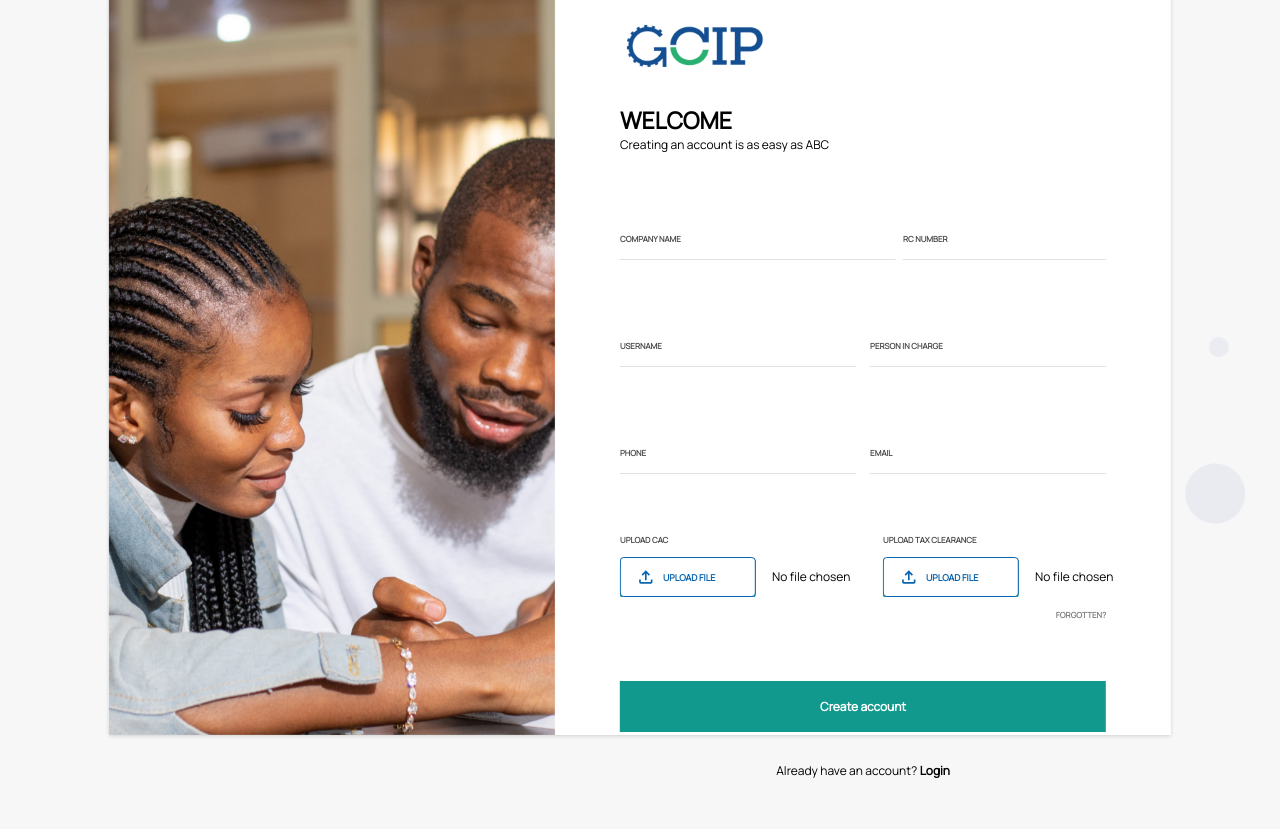
Repository: mualiyu/GCIP-Applicant-Portal
Page: /signup
The author's editor kept a copy of each file at every save. The page is drawn from the files as they stood at one save, then again after the next save.
The browser window is 1280 px wide. The pictures show the whole page.
The project was rebuilt for these pictures with package versions that can differ from the ones it lists, and the page was loaded fresh each time. Also part of the build but not shown: vite.config.ts, src/pages/styles/login.css, src/components/Common.tsx, src/components/styles/input.css, src/components/Input.tsx, src/components/styles/button.css, src/assets/Colors/Colors.ts, src/components/Button.tsx and 83 more.

Above is the page before, as saved 2024-03-13 05:40:13.

After the next save:
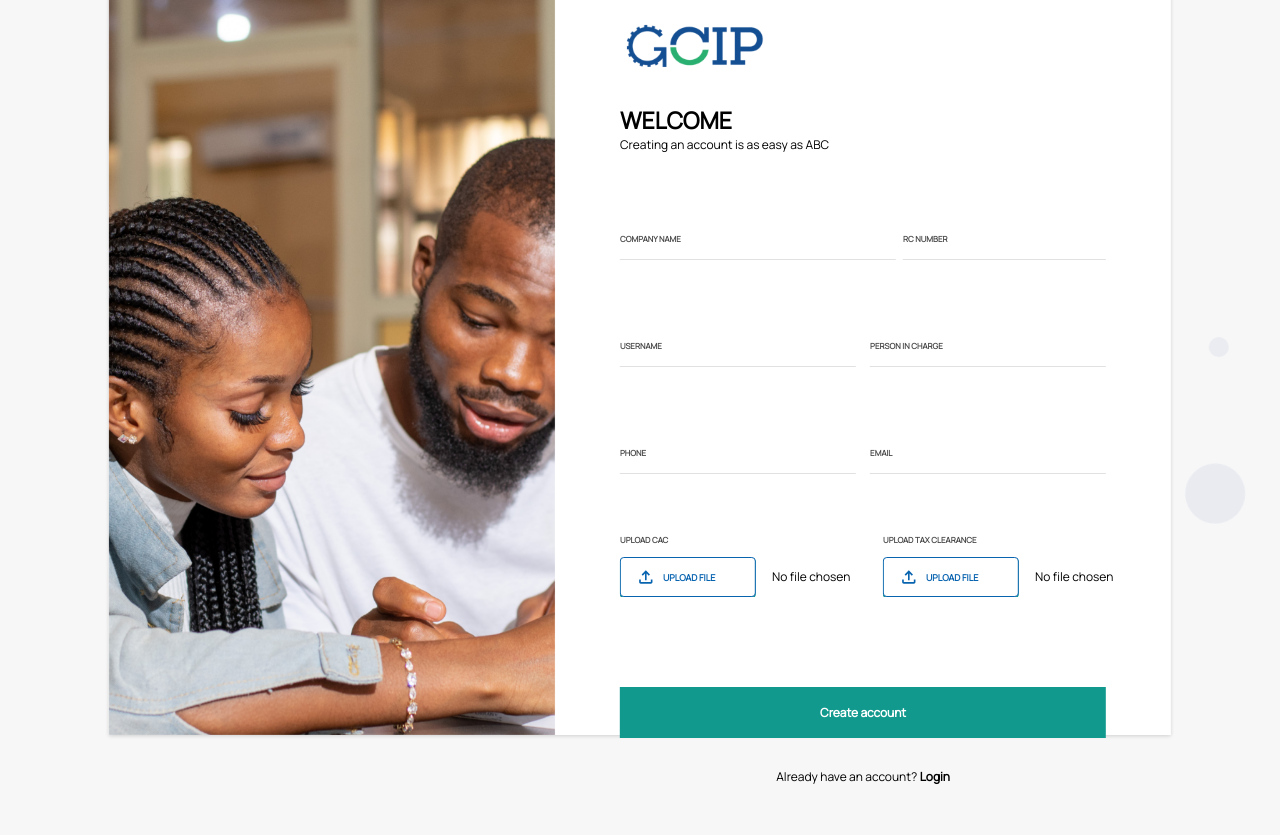
Saved 117 s later.
--- a/src/pages/SignUp.tsx
+++ b/src/pages/SignUp.tsx
@@ -279,16 +279,7 @@ function Login() {
 
 
 
-              <p className="sub-title right uppercase mt-n20">
-                {" "}
-                <a
-                  onClick={() => {
-                    navigate("forgot");
-                  }}
-                  className="forgotten pointer bold">
-                  Forgotten?
-                </a>
-              </p>
+
               <button
                 className="btn btn-lg btn-accent bold mt-xxl"
                 onClick={formik.handleSubmit} >
